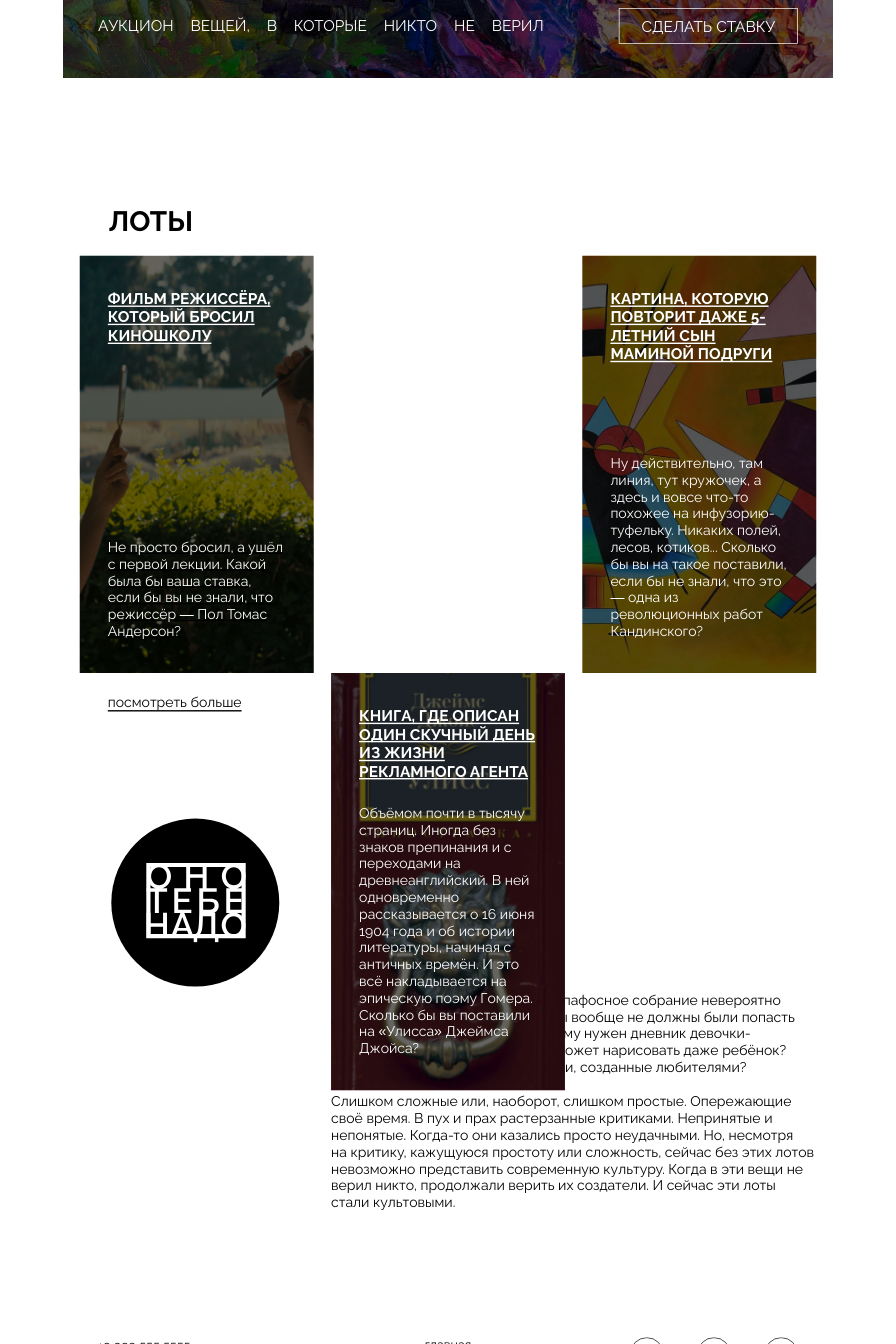
Repository: NikWolf75/ono-tebe-nado-fd
Page: index.html
The author's editor kept a copy of each file at every save. The page is drawn from the files as they stood at one save, then again after the next save.
The browser window is 1280 px wide. The pictures show the part of the page from y = 939 to 2859 px (the page is 3027 px tall), at 70% of full size.

Above is the page before, as saved 2024-12-18 22:45:49.

After the next save:
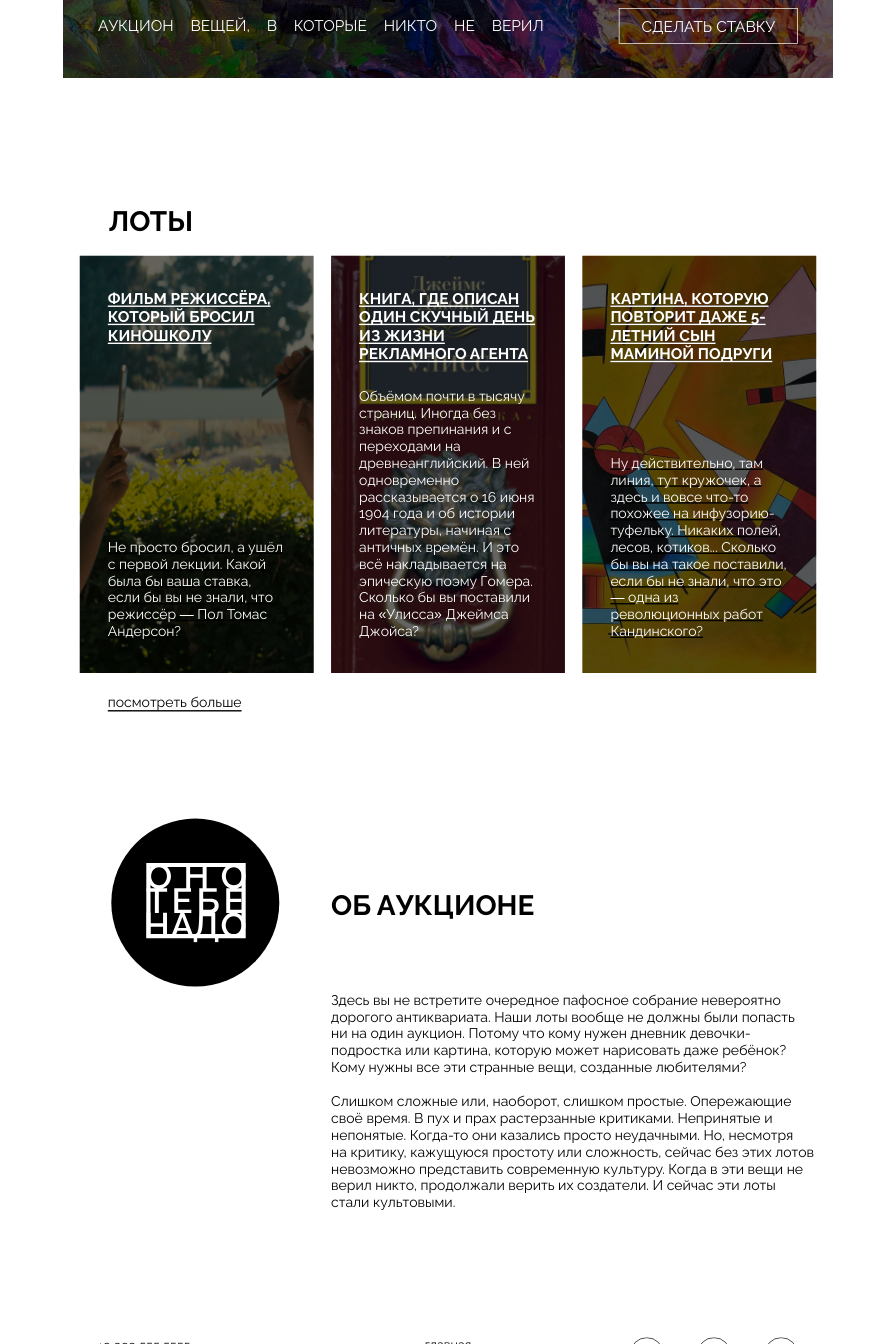
Saved 10 s later.
--- a/index.html
+++ b/index.html
@@ -71,7 +71,7 @@
               </a>
             </li>
             <li class="lots__card-list-item">
-              <a class="card__link" href="main"></a>
+              <a class="card__link" href="main">
                 <article class="card card_type_book">
                   <div class="overlay"></div>
                   <h3 class="card__title">
@@ -97,9 +97,10 @@
                     Джойса?
                   </p>
                 </article>
+              </a>
             </li>
             <li class="lots__card-list-item">
-              <a class="card-link" href="main"></a>
+              <a class="card-link" href="main">
                 <article class="card card_type_picture">
                   <div class="overlay"></div>
                   <h3 class="card__title">
@@ -122,7 +123,7 @@
                     Кандинского?
                   </p>
                 </article>
-
+              </a>
             </li>
           </ul>
           <a class="lots__look-more-link" href="#main">посмотреть больше</a>
